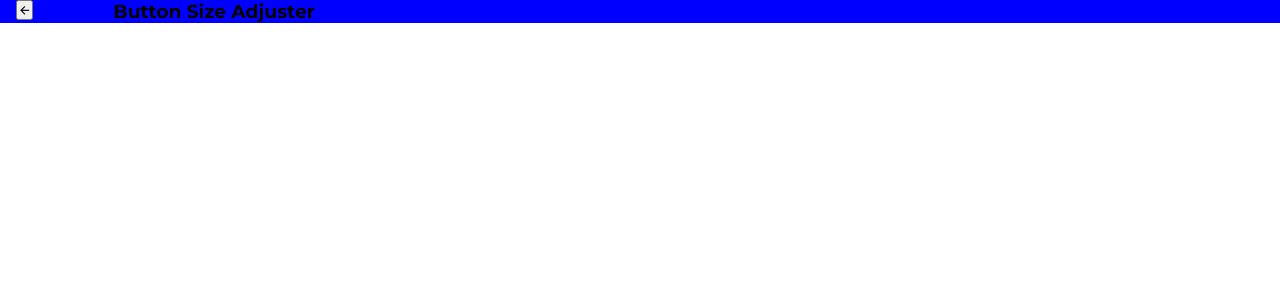
Repository: EguJaredoBoyd/Jared-Counter-App
Page: settings.html
The author's editor kept a copy of each file at every save. The page is drawn from the files as they stood at one save, then again after the next save.
The browser window is 1280 px wide. The pictures show the whole page.

Above is the page before, as saved 2025-12-03 14:37:59.
Console error: TypeError: Cannot set properties of null (setting 'textContent')

After the next save:
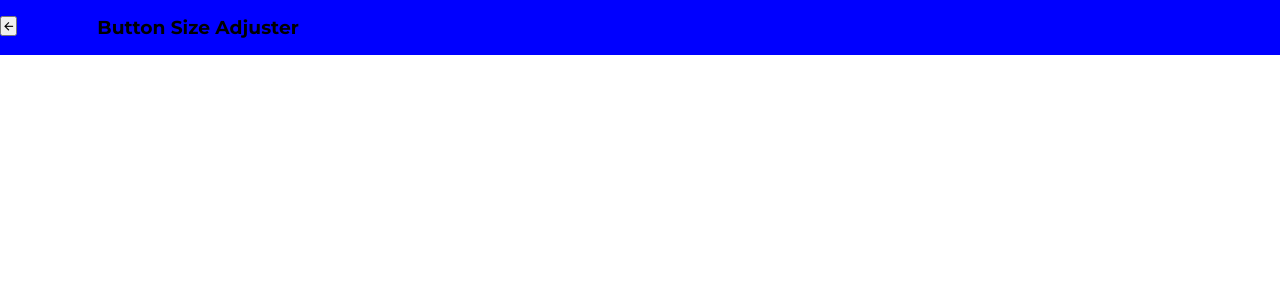
Saved 9 s later.
--- a/style.css
+++ b/style.css
@@ -89,7 +89,7 @@ main {
     max-width: 100%;
     column-gap: 5rem;
     background-color: blue;
-    padding: 0 1rem;
+    padding: 1rem 0;
 }
 
 footer {
